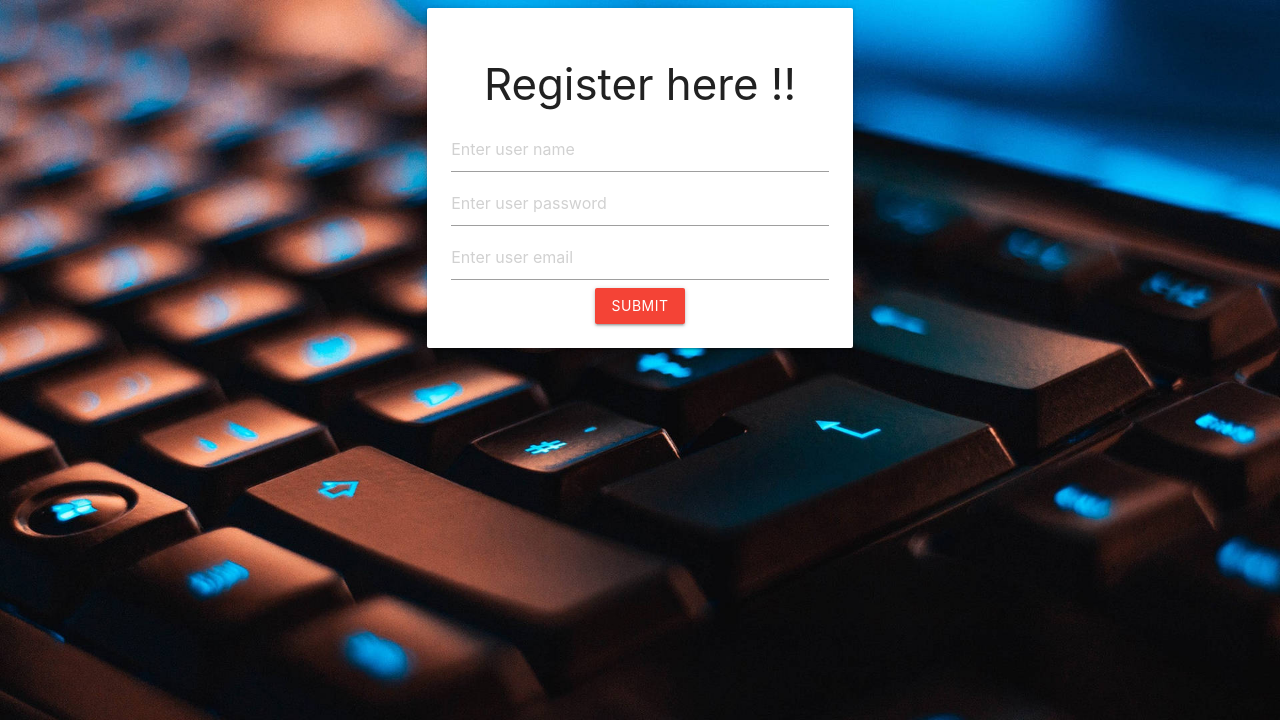
Repository: ShaileshMishr/Javanew
Page: http://localhost/Register/signup.jsp
The author's editor kept a copy of each file at every save. The page is drawn from the files as they stood at one save, then again after the next save.
The browser window is 1280 px wide. The pictures show the whole page.
The page is served by Tomcat 10. Other server files are loaded and not shown.

Above is the page before, as saved 2023-10-11 21:40:52.

### Register/src/main/webapp/signup.jsp
<%@ page language="java" contentType="text/html; charset=ISO-8859-1"
    pageEncoding="ISO-8859-1"%>
<!DOCTYPE html>
<html>
<head>
<meta charset="ISO-8859-1">
<title>Register Page</title>

 <!-- Compiled and minified CSS -->
    <link rel="stylesheet" href="https://cdnjs.cloudflare.com/ajax/libs/materialize/1.0.0/css/materialize.min.css">

    <!-- Compiled and minified JavaScript -->
    <script src="https://cdnjs.cloudflare.com/ajax/libs/materialize/1.0.0/js/materialize.min.js"></script>


</head>
<body style="background: url(img/key.jpg);background-size: cover;background-attachment: fixed;" >
<div class="container">
<div class="row">
<div class="col m6 offset-m3">
<div class="card">
<div class="card-content">
<h3 style="margin-top;" class="center-align">Register here !!</h3>
<div class="form center-align">
<!--  creating form -->

<form action="Register" method="post">
<input type="text" name="user_name" placeholder="Enter user name" />
<input type="password" name="user_password" placeholder="Enter user password" />
<input type="email" name="user_email" placeholder="Enter user email" />

<button type="submit" class="btn red">Submit</button>
</form>
</div>
<div class="loader">

</div>

</div>
</div>
</div>
</div>
</div>



</body>
</html>

After the next save:
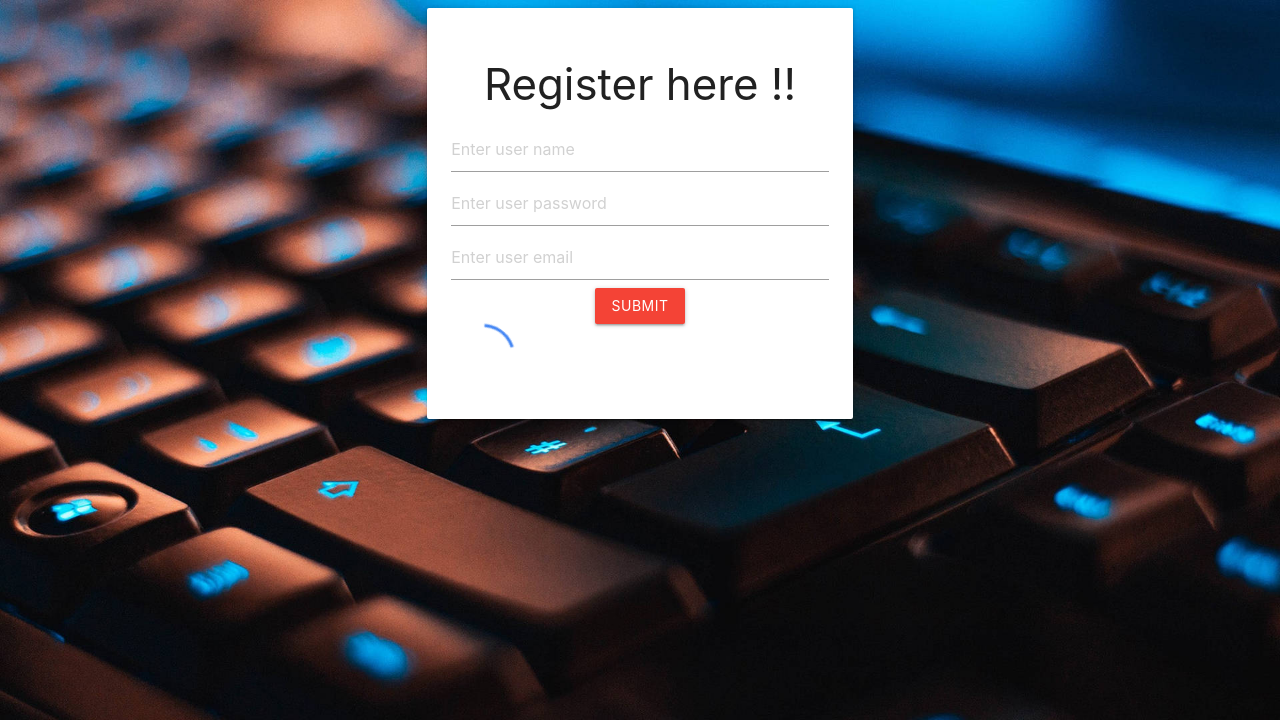
Saved 15 s later.
--- a/Register/src/main/webapp/signup.jsp
+++ b/Register/src/main/webapp/signup.jsp
@@ -34,6 +34,17 @@
 </div>
 <div class="loader">
 
+ <div class="preloader-wrapper big active">
+      <div class="spinner-layer spinner-blue">
+        <div class="circle-clipper left">
+          <div class="circle"></div>
+        </div><div class="gap-patch">
+          <div class="circle"></div>
+        </div><div class="circle-clipper right">
+          <div class="circle"></div>
+        </div>
+      </div>
+
 </div>
 
 </div>
